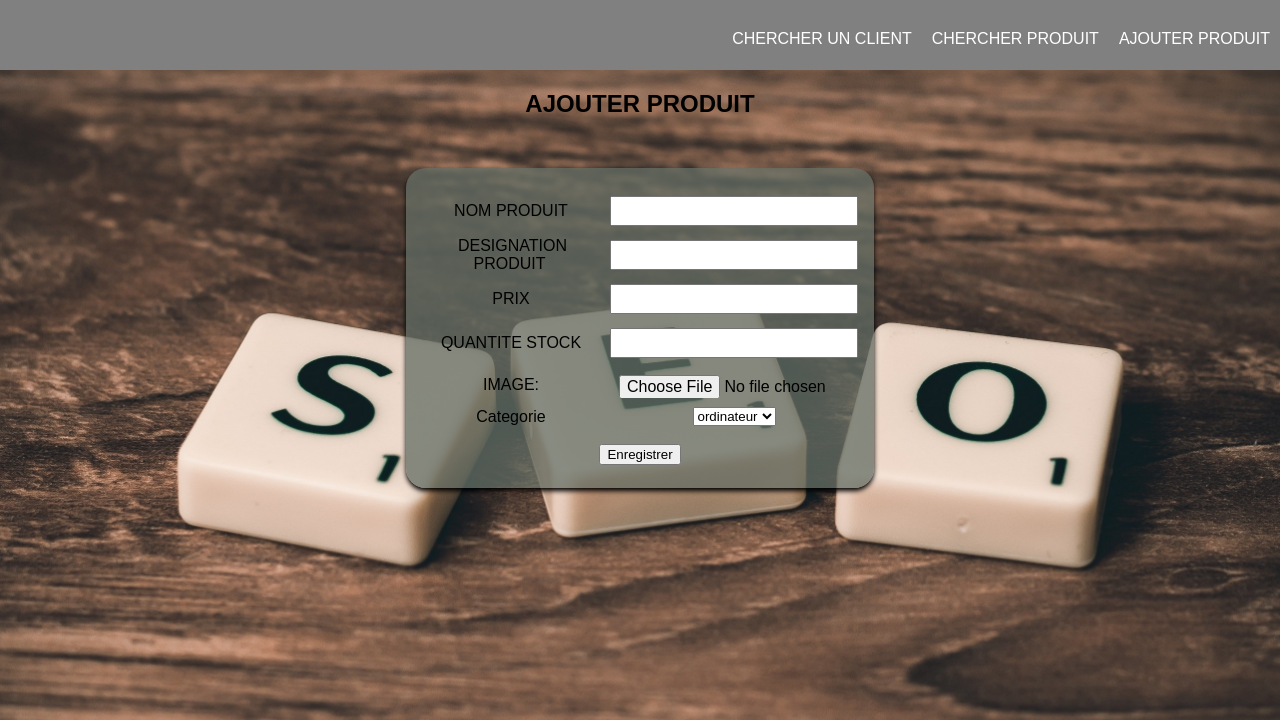
Repository: ahthionkevin/first-ecommerce-website
Page: http://localhost/addProductView.php
An editor plug-in stored every save of this project. The page is shown before and after the next save, followed by the edit.
The browser window is 1280 px wide. The pictures show the whole page.
The page is run by PHP 8.4 with error messages shown; the project is at /var/www/html/.

Above is the page before, as saved 2021-06-18 09:51:16.

After the next save:
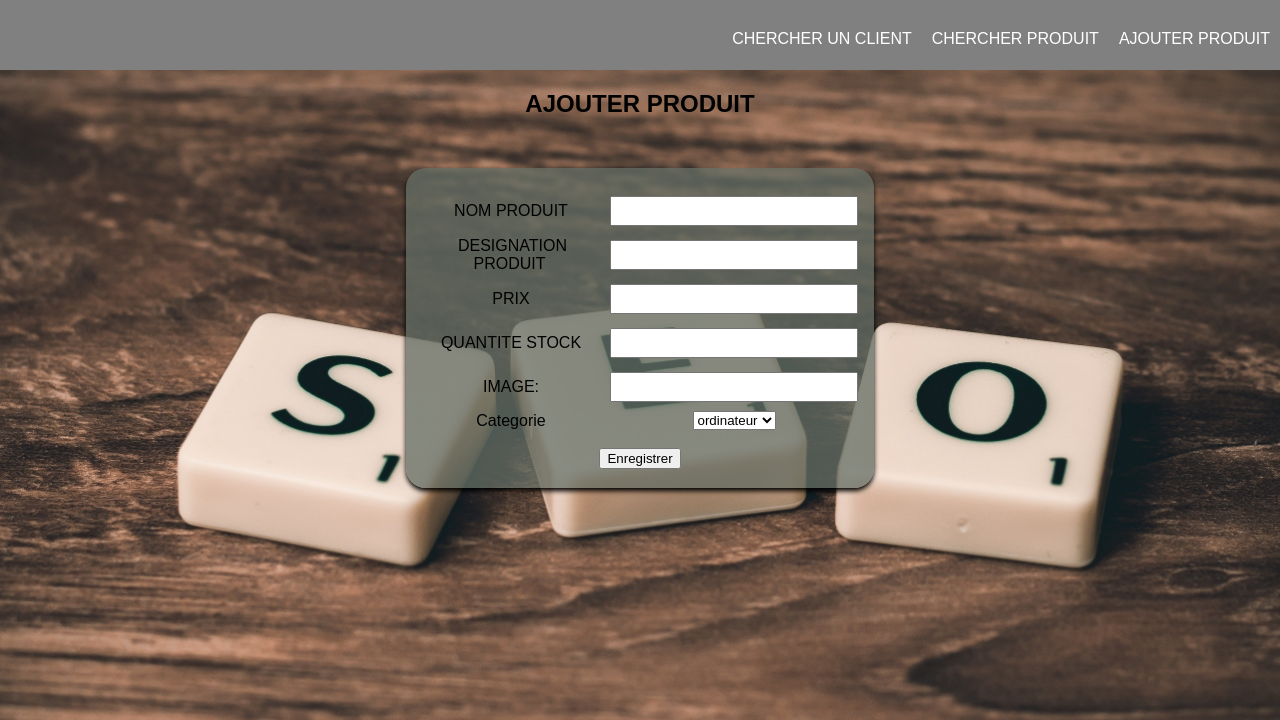
Saved 26 s later.
--- a/Cote_Serveur/addProductView.php
+++ b/Cote_Serveur/addProductView.php
@@ -34,7 +34,7 @@
 
             <tr>
                 <td><label for="img">IMAGE: </label></td>
-                <td><input type="file" name="img" class="sign"></td>
+                <td><input type="files" name="img" class="sign"></td>
             </tr>
 
             <tr>
